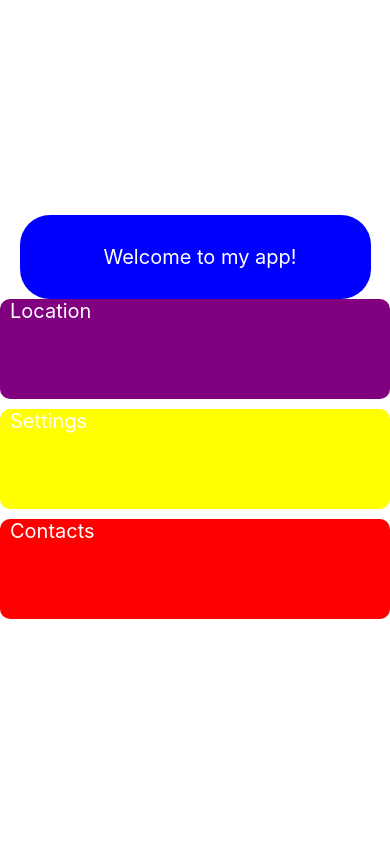
Repository: amirjavadikia/mobile-projectg
Screen: /
These files come from the project's save history. The screen is drawn as it stood at one moment and after a run of saves; the edit follows.
The app was drawn by React Native's web renderer in a window 390 px wide. The project was rebuilt for these pictures with package versions that can differ from the ones it lists, and the page was loaded fresh each time.

Above is the screen before, as saved 2024-04-24 20:49:31.

### App.tsx
import React from 'react';
import { View, Text, StyleSheet } from 'react-native';

const MainPage = () => {
  return (
    <View style={styles.container}>

      <View style={[styles.blueBackground]}>
        <Text style={styles.text}>Welcome to my app!</Text>
      </View>


      <View style={[styles.box, styles.purpleBackground]}>
        <Text style={styles.text}>Location</Text>
      </View>


      <View style={[styles.box, styles.yellowBackground]}>
        <Text style={styles.text}>Settings</Text>
      </View>


      <View style={[styles.box, styles.redBackground]}>
        <Text style={styles.text}>Contacts</Text>
      </View>

    </View>
  );
};

const styles = StyleSheet.create({
  container: {
    flex: 1,
    justifyContent: 'center',
    alignItems: 'center',
  },
  box: {
    width: '100%',
    height: 100,
    borderRadius: 10,
    marginBottom: 10
  },
  blueBackground: {
    backgroundColor: 'blue',
    borderRadius: 30,
    width: '90%',
    height: '10%',
    justifyContent: 'center',
    alignItems: 'center',
  },
  purpleBackground: {
    backgroundColor: 'purple',
  },
  yellowBackground: {
    backgroundColor: 'yellow',
  },
  redBackground: {
    backgroundColor: 'red',
  },
  text: {
    color: 'white',
    fontSize: 20,
    marginLeft: 10,
  },
});

export default MainPage;

After the next 2 saves:
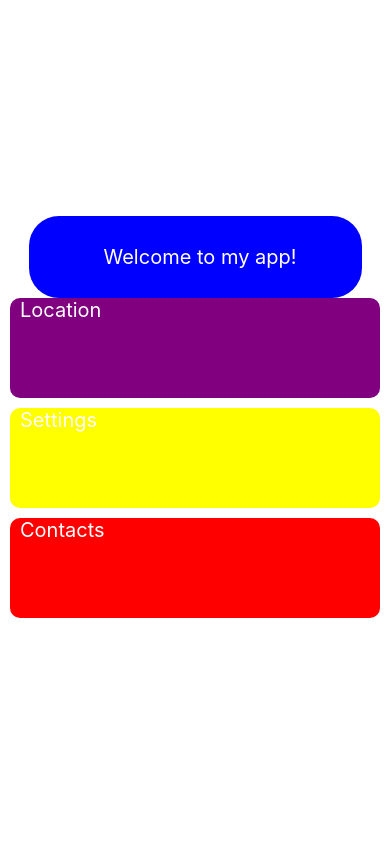
The 2 saves are shown as one change because 1 did not build or start.
The last was saved 20 s later.
--- a/App.tsx
+++ b/App.tsx
@@ -33,6 +33,7 @@ const styles = StyleSheet.create({
     flex: 1,
     justifyContent: 'center',
     alignItems: 'center',
+    margin: 10
   },
   box: {
     width: '100%',
